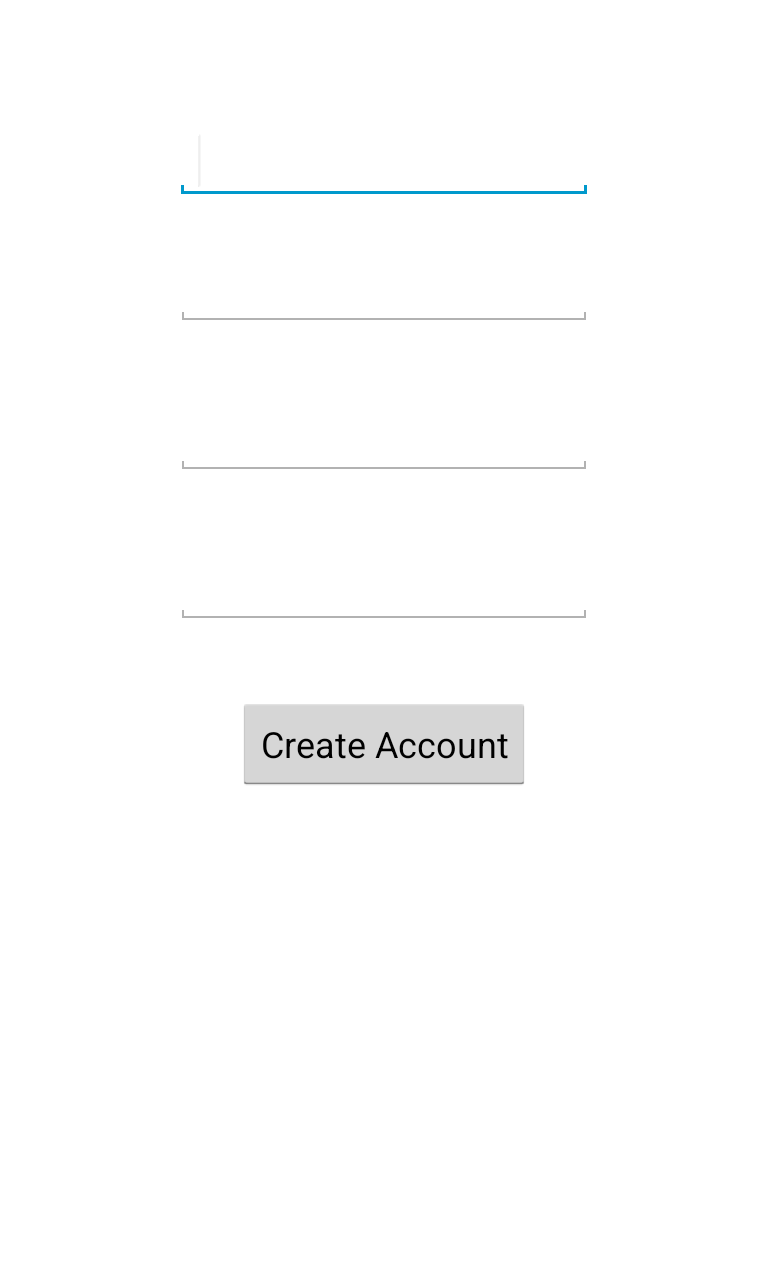
Repository: NarenPamza/Android_Template
Layout: LastNightParty/res/layout/activity_create_new_account.xml
An editor plug-in stored every save of this project. The layout is shown before and after the next save, followed by the edit.
It is drawn on a 768 x 1280 px phone screen (xhdpi) without system bars, with theme AppTheme; the app's code is not run.

Above is the layout before, as saved 2015-12-25 13:55:47.

After the next save:
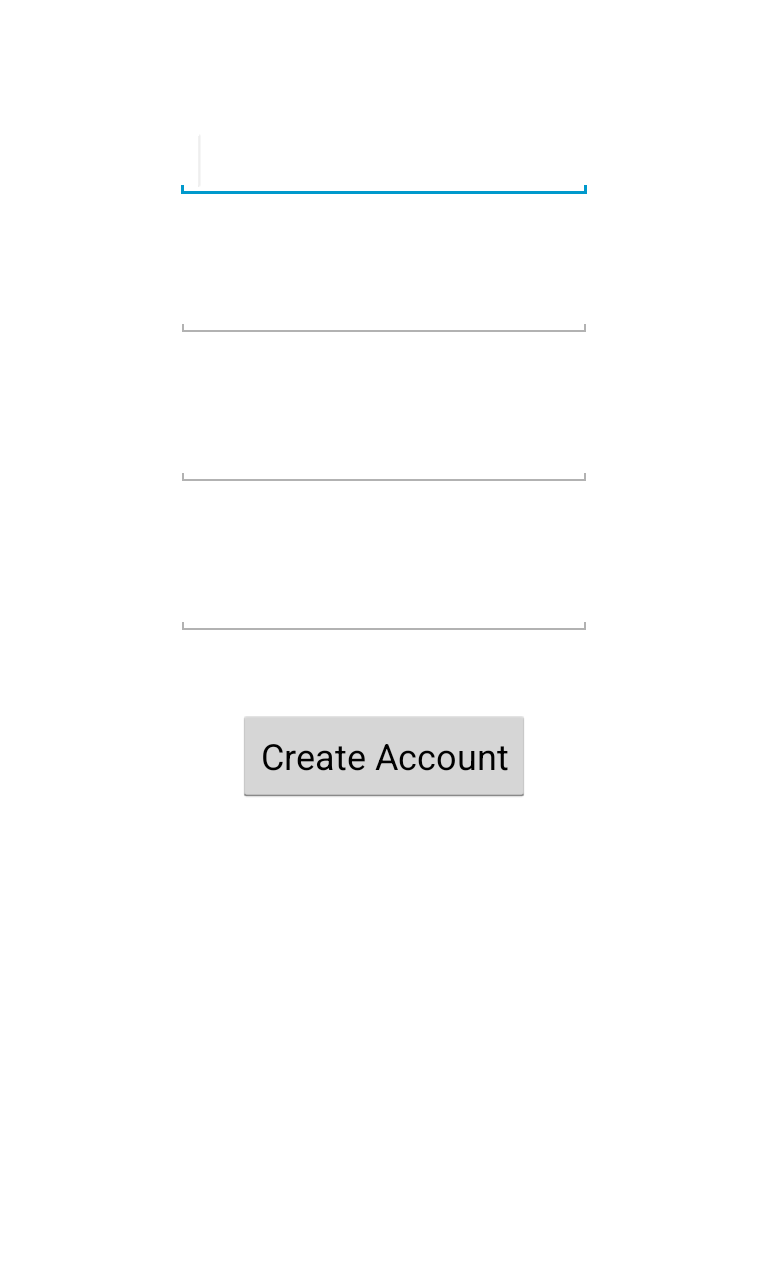
Saved 10 s later.
--- a/LastNightParty/res/layout/activity_create_new_account.xml
+++ b/LastNightParty/res/layout/activity_create_new_account.xml
@@ -27,7 +27,7 @@
         android:layout_height="wrap_content"
         android:layout_alignLeft="@+id/editText1"
         android:layout_below="@+id/editText1"
-        android:layout_marginTop="24dp"
+        android:layout_marginTop="30dp"
         android:ems="10"
         android:inputType="textPersonName" />
 
